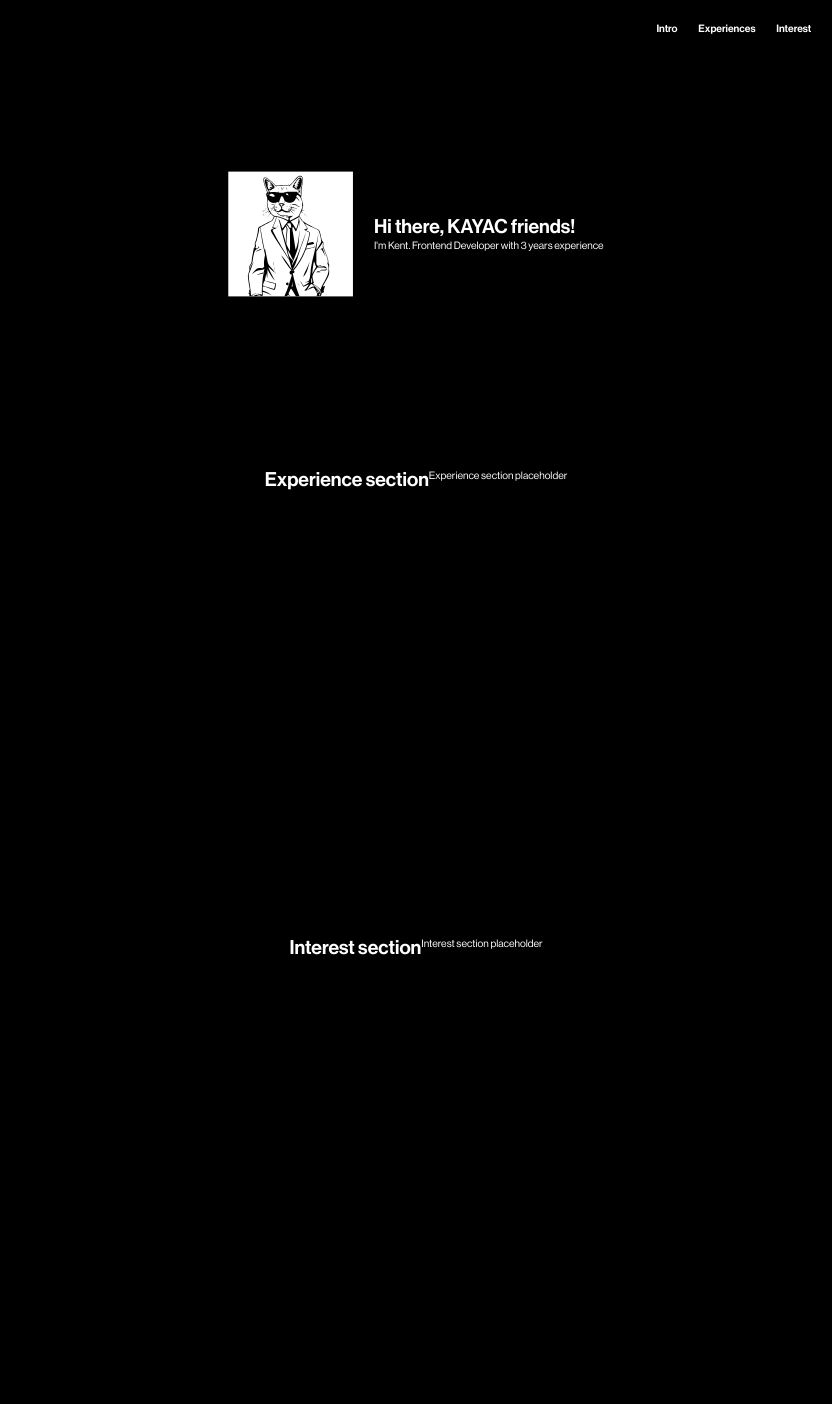
Repository: kentnathaniel/kayac-presentation
Page: /
These files come from the project's save history. The page is drawn as it stood at one moment and after a run of saves; the edit follows.
The browser window is 1280 px wide. The pictures show the whole page, at 65% of full size.
The project was rebuilt for these pictures with package versions that can differ from the ones it lists, and the page was loaded fresh each time. Also part of the build but not shown: vite.config.ts.

Above is the page before, as saved 2024-09-14 09:23:39.

### src/App.tsx
import SmartCat from "./assets/smart-cat-suits.svg?react";

function App() {
  return (
    <div className="flex flex-col min-h-screen overflow-x-hidden">
      <nav className="flex w-screen fixed top-0 gap-8 p-8 justify-end">
        <a className="cursor-pointer">Intro</a>
        <a className="cursor-pointer">Experiences</a>
        <a className="cursor-pointer">Interest</a>
      </nav>

      <div className="flex justify-center mx-auto h-screen overflow-x-hidden">
        <div className="flex h-fit gap-8 items-center my-auto">
          <div className="bg-white w-fit">
            <SmartCat className="text-white w-48 h-48" />
          </div>
          <div>
            <h1 className="text-3xl text-left">Hi there, KAYAC friends!</h1>
            <p className="font-thin">
              I'm Kent. Frontend Developer with 3 years experience
            </p>
          </div>
        </div>
      </div>

      <div className="flex justify-center h-screen overflow-x-hidden">
        <h1 className="text-3xl text-left">Experience section</h1>
        <p className="font-thin">Experience section placeholder</p>
      </div>

      <div className="flex justify-center h-screen overflow-x-hidden">
        <h1 className="text-3xl text-left">Interest section</h1>
        <p className="font-thin">Interest section placeholder</p>
      </div>
    </div>
  );
}

export default App;

### src/index.css
@tailwind base;
@tailwind components;
@tailwind utilities;

body {
  background-color: black;
  color: white;
}

/* Thin */
@font-face {
  font-family: "Neue-Haas-Grotesk";
  src: url("./assets/fonts/NeueHaasDisplayRoman.ttf") format("truetype");
  font-weight: 300;
  font-style: normal;
}

@font-face {
  font-family: "Neue-Haas-Grotesk";
  src: url("./assets/fonts/NeueHaasDisplayRomanItalic.ttf") format("truetype");
  font-weight: 300;
  font-style: italic;
}

/* Mediums */
@font-face {
  font-family: "Neue-Haas-Grotesk";
  src: url("./assets/fonts/NeueHaasDisplayMedium.ttf") format("truetype");
  font-weight: 400;
  font-style: normal;
}

@font-face {
  font-family: "Neue-Haas-Grotesk";
  src: url("./assets/fonts/NeueHaasDisplayMediumItalic.ttf") format("truetype");
  font-weight: 400;
  font-style: italic;
}

/* Bolds */
@font-face {
  font-family: "Neue-Haas-Grotesk";
  src: url("./assets/fonts/NeueHaasDisplayBold.ttf") format("truetype");
  font-weight: 700;
  font-style: normal;
}

@font-face {
  font-family: "Neue-Haas-Grotesk";
  src: url("./assets/fonts/NeueHaasDisplayBoldItalic.ttf") format("truetype");
  font-weight: 700;
  font-style: italic;
}

body {
  font-family: "Neue-Haas-Grotesk", Arial, Helvetica, sans-serif;
}

### tailwind.config.ts
/** @type {import('tailwindcss').Config} */
export default {
  content: ["./index.html", "./src/**/*.{js,ts,jsx,tsx}"],
  theme: {
    extend: {
      fontFamily: {
        custom: ["Neue-Haas-Grotesk"],
      },
    },
  },
  plugins: [],
};

Loaded but not shown: index.html (common file); src/main.tsx (common file)

After the next 2 saves:
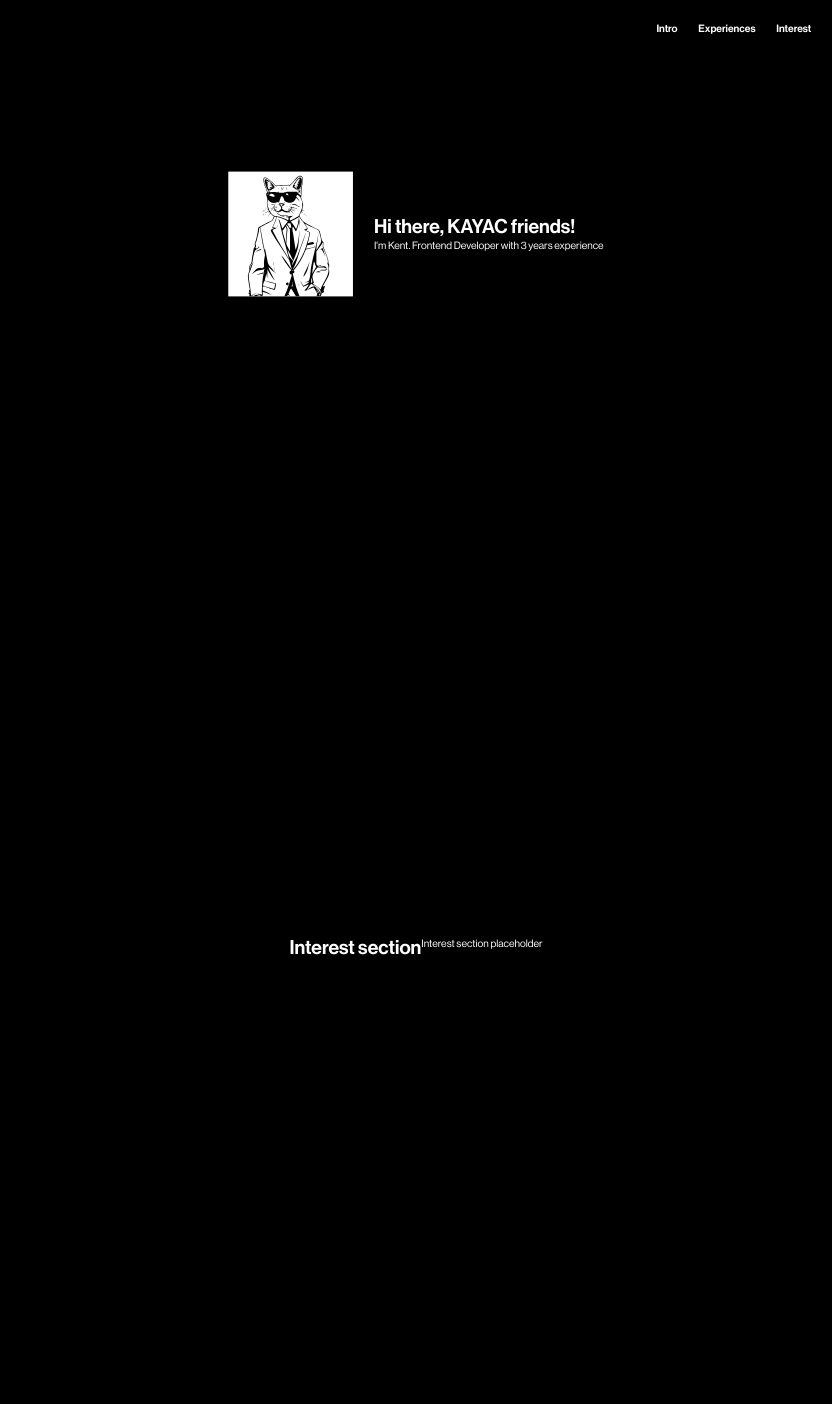
The 2 saves are shown as one change because they came seconds apart.
The last was saved 7 s later.
--- a/src/App.tsx
+++ b/src/App.tsx
@@ -24,8 +24,7 @@ function App() {
       </div>
 
       <div className="flex justify-center h-screen overflow-x-hidden">
-        <h1 className="text-3xl text-left">Experience section</h1>
-        <p className="font-thin">Experience section placeholder</p>
+        <div className="flex h-fit gap-8 items-center my-auto"></div>
       </div>
 
       <div className="flex justify-center h-screen overflow-x-hidden">
